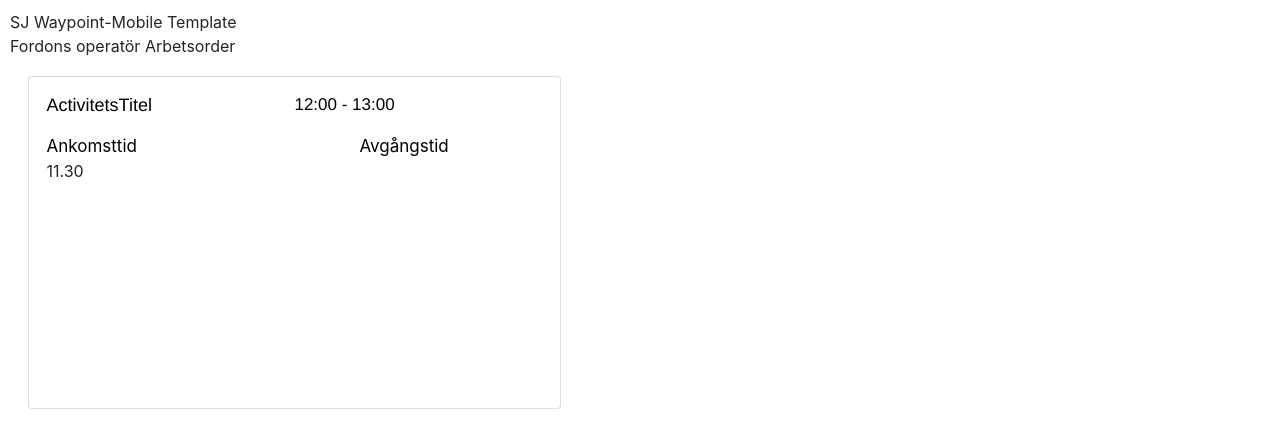
Repository: AdrianaLarsson/yarn-next-typescript
Page: /
These files come from the project's save history. The page is drawn as it stood at one moment and after a run of saves; the edit follows.
The browser window is 1280 px wide. The pictures show the whole page.
The project was rebuilt for these pictures with package versions that can differ from the ones it lists, and the page was loaded fresh each time. The framework's server and built-in components were replaced by stand-ins that run in the browser.

Above is the page before, as saved 2021-03-01 08:31:55.

After the next 2 saves:
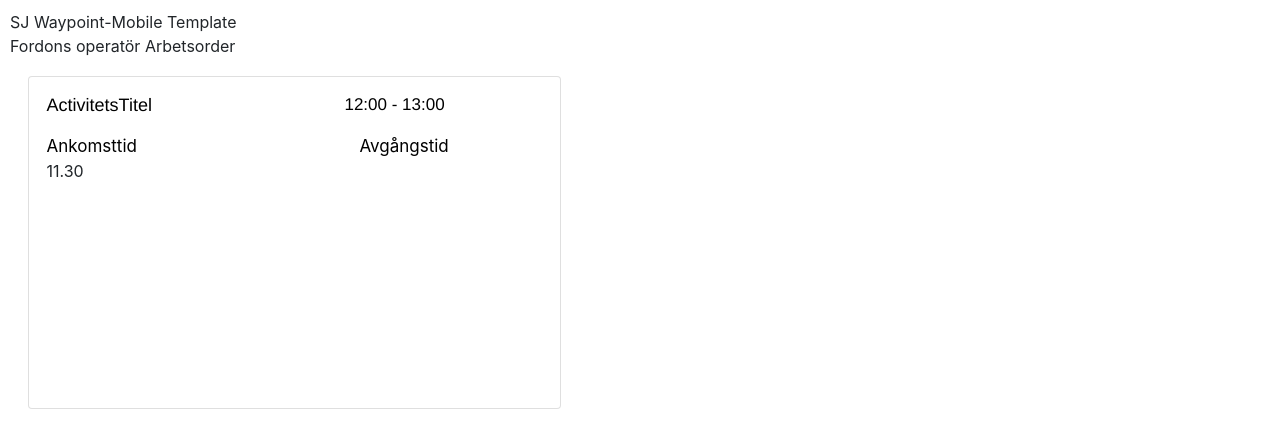
The 2 saves are shown as one change because they came seconds apart.
The last was saved 6 s later.
--- a/components/WorkOrderVehicleOperator/vehicleopreator.tsx
+++ b/components/WorkOrderVehicleOperator/vehicleopreator.tsx
@@ -6,7 +6,7 @@ import StyledCard from "../organisms/Card/Card";
 export const GridTitle = styled.div`
   display: grid;
   grid-template-columns: repeat(2, 1fr);
-  grid-gap: 0px;
+  grid-gap: 100px;
 
 `;
 export const GridBody = styled.div`
